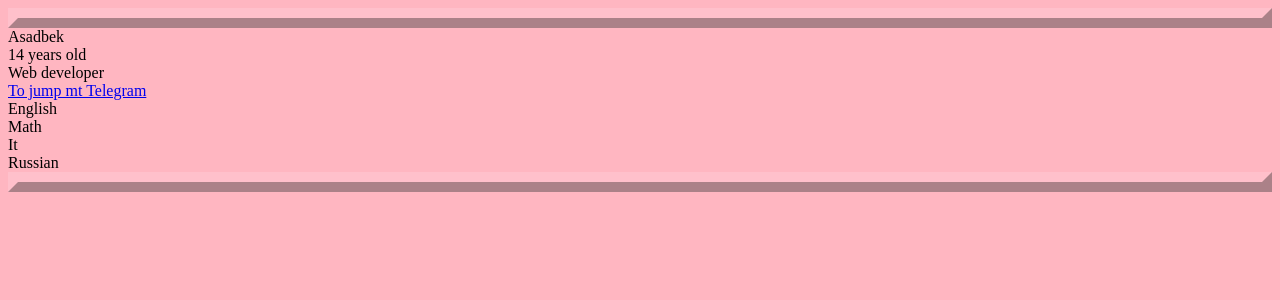
Repository: KHANas02/live-stream
Page: contact.html
These files come from the project's save history. The page is drawn as it stood at one moment and after a run of saves; the edit follows.
The browser window is 1280 px wide. The pictures show the whole page.

Above is the page before, as saved 2024-03-25 07:45:30.

### contact.html
<!DOCTYPE html>
<html lang="en">
<head>
    <meta charset="UTF-8">
    <meta name="viewport" content="width=device-width, initial-scale=1.0">
    <title>Contact with us</title>
    <link rel="stylesheet" href="./index.html">
</head>
<style>
    body{
        background-color: lightpink;
    }
    .text{


        background-repeat: no-repeat;
    }
    .avatar{
        border: 10px outset pink;


    }

    </style>
<body>
  <div class="avatar"></div>
  <div class="text">Asadbek <br>
14 years old <br>
Web developer <br>
<a href=" https://t.me/wzb_02">To jump mt Telegram</a> <br>

English <br>
Math <br>
It <br>
Russian <br>

    </div>


</div>
  <div class="contact-card">
    <div class="avatar"></div>
    <div class="text2"></div>
  </div>
  <div id="magnifying-glass">
    <div id="glass"></div>
    <div id="handle">
       </div>
</body>
</html>

### index.html
<!DOCTYPE html>
<html lang="en">
  <head>
    <meta charset="UTF-8" />
    <head name="viewport" content="width=device-width, initial-scale=1.0">
      <title>Englify Live_stream</title>
      <link rel="stylesheet" href="./style.css" />
    </head>
    <style>
      .div1Img {
        font-size: 70px;
        font-family: serif;
        font-weight: 100;
        color: rgb(255, 0, 157);
        position: relative;
        left: 25px;
        top: 70px;
      }
      .div2 {
        font-size: 70px;
        font-family: serif;
        font-weight: 100;
        color: rgb(255, 0, 157);
        position: relative;
        left: 25px;
        top: 70px;
      }
      .div3 {
        font-size: 70px;
        font-family: serif;
        font-weight: 100;
        color: rgb(255, 0, 157);
        position: relative;
        left: 25px;
        top: 450px;
      }
    </style>
    <html>
      <body>
        <div class="div1">
          <div class="div1Img">JOIN TO OUR LIVE STREAM</div>
        </div>
        <div class="div2">
          Todat at 21:00 <br />
          Only with coffee
        </div>
        <div class="div3">
          Our on the telegram
          <br />
          @englify_asp <br />
          And join to us
        </div>
        <div class="hamburger-menu">
          <input id="menu__toggle" type="checkbox" />
          <label class="menu__btn" for="menu__toggle">
            <span></span>
          </label>

          <ul class="menu__box">
            <li><a class="menu__item" href="index.html">Главная</a></li>
            <li>
              <a class="menu__item" href="speaking.html"
                >Speaking полезная функция</a
              >
            </li>
            <li><a class="menu__item" href="group.html">участники прямой трансляции</a></li>
            <li><a class="menu__item" href="#">Блог</a></li>
            <li><a class="menu__item" href="contact.html">Контакты</a></li>
          </ul>
        </div>
      </body>
    </html>
  </head>
</html>

After the next 9 saves:
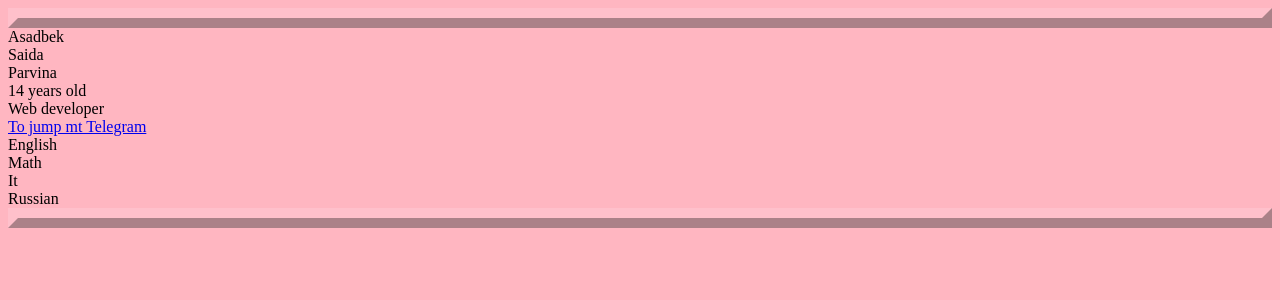
The 9 saves are shown as one change because they came seconds apart.
The last was saved 24 s later.
--- a/contact.html
+++ b/contact.html
@@ -25,6 +25,8 @@
 <body>
   <div class="avatar"></div>
   <div class="text">Asadbek <br>
+    Saida <br>
+    Parvina <br>
 14 years old <br>
 Web developer <br>
 <a href=" https://t.me/wzb_02">To jump mt Telegram</a> <br>
